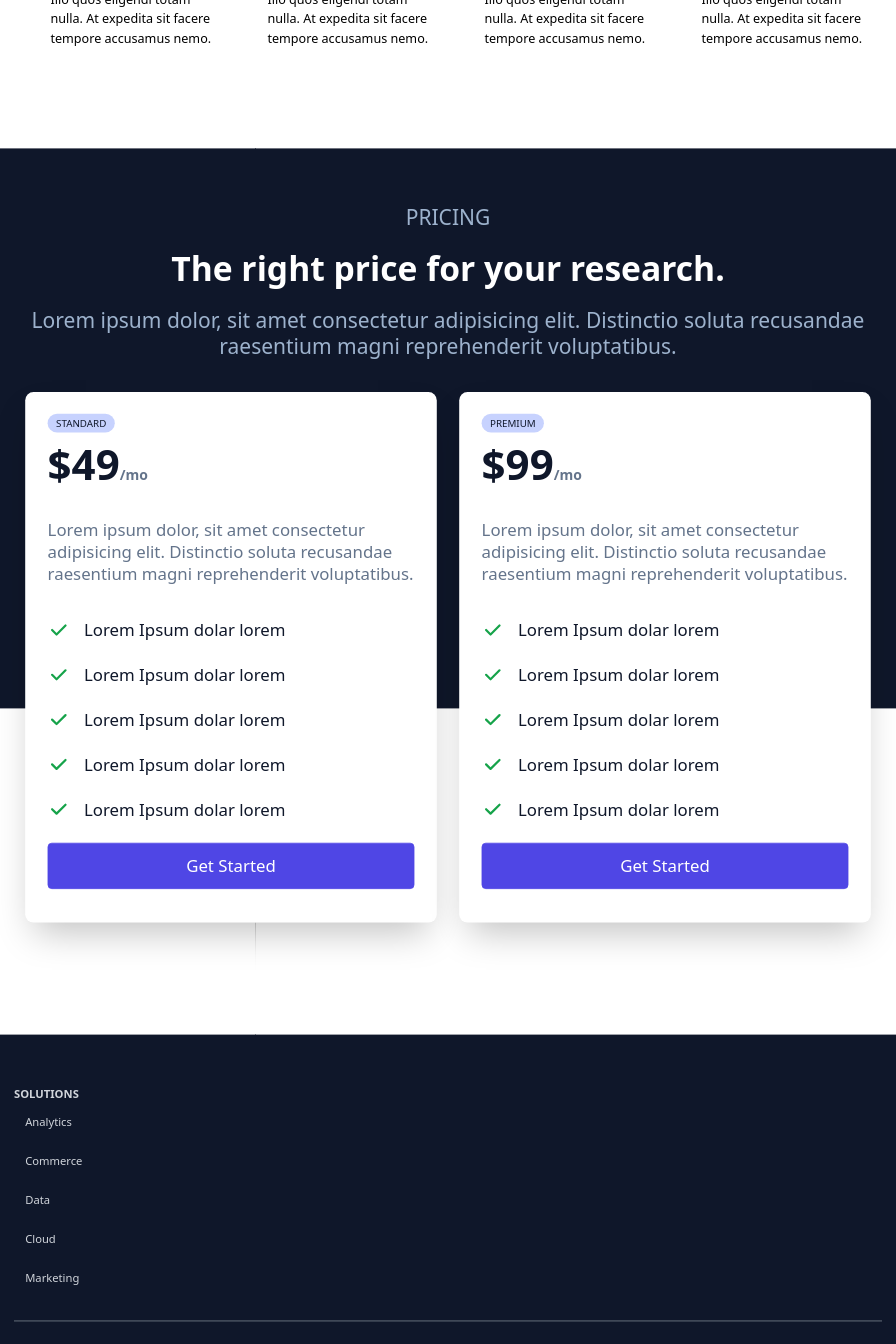
Repository: adrcstro/react-project-2
Page: /
The author's editor kept a copy of each file at every save. The page is drawn from the files as they stood at one save, then again after the next save.
The browser window is 1280 px wide. The pictures show the part of the page from y = 2790 to 4710 px (the page is 4710 px tall before and 4590 px after), at 70% of full size.
The project was rebuilt for these pictures with package versions that can differ from the ones it lists, and the page was loaded fresh each time.

Above is the page before, as saved 2024-08-16 08:22:04.

### src/index.js
import React from 'react';
import ReactDOM from 'react-dom/client';
import './index.css';
import App from './App';

const root = ReactDOM.createRoot(document.getElementById('root'));
root.render(

    <App />

);

### src/index.css
@tailwind base;
@tailwind components;
@tailwind utilities;

@layer base{
    li{
       @apply p-4
    }
    button{
        @apply text-white border bg-indigo-600 border-indigo-600
        hover:bg-transparent hover:text-indigo-600 rounded-md
    }
}

### src/App.js
import About from "./components/About";
import AllinOne from "./components/AllinOne";
import Footer from "./components/Footer";
import Hero from "./components/Hero";
import Navbar from "./components/Navbar";
import Pricing from "./components/Pricing";
import Support from "./components/Support";



function App() {
  return (
    <>
<Navbar/>
<Hero/>
<About />
<Support />
<AllinOne/>
<Pricing />
<Footer />
    </>

  );
}

export default App;

### src/components/About.jsx
import React from 'react'

function About() {
  return (
    <div className='w-full my-32'>
        <div className='max-w-[1240px] mx-auto'>
          <div className='text-center'>
            <h2 className='text-5xl font-bold'>Trusted by developers across the world</h2>
            <p className='text-3xl py6 text-gray-500 px-3'>Trusted by developers across the world, our platform stands as a reliable choice for building robust
             applications. With a global community of skilled professionals.</p>
          </div>

          <div className='grid md:grid-cols-3 gap-3 px-2 text-center mt-4'>
             <div className='border py-8 rounded-xl shadow-xl'>
              <p className='text-6xl font-bold text-indigo-600'>100%</p>
              <p className='text-gray-400 mt-2'>Completion</p>
             </div>
             <div className='border py-8 rounded-xl shadow-xl'>
              <p className='text-6xl font-bold text-indigo-600'>24/7</p>
              <p className='text-gray-400 mt-2'>Delivery</p>
             </div>
             <div className='border py-8 rounded-xl shadow-xl'>
              <p className='text-6xl font-bold text-indigo-600'>100K</p>
              <p  className='text-gray-400 mt-2'>Transaction</p>
             </div>
          </div>
        </div>
    </div>
  )
}

export default About

### src/components/AllinOne.jsx
import React from 'react'
import { CheckIcon } from '@heroicons/react/outline'
function AllinOne() {
  return (
    <div className='w-full my-32'>
        <div className='max-w-[1240px] mx-auto px-2'>
            <h2 className='text-5xl font-bold text-center'>All-In-One Platform</h2>
            <p className='text-3xl py-8 text-gray-500 text-center'>Lorem ipsum, dolor sit amet consectetur adipisicing elit. Illo quos eligendi
            totam nulla. At expedita sit facere tempore accusamus nemo.</p>
        <div className='grid sm:grid-cols-2 lg:grid-cols-4 gap-4 pt-4'>

            <div>
                <div className='flex'>
                <div>
                <CheckIcon className='w-7 mr-4 text-green-600'/>
                </div>
                    <div className=''>
                        <h3 className='font-bold text-lg'>Notification</h3>
                        <p className='text-lg pt-2 pb-4'>Lorem ipsum, dolor sit amet consectetur adipisicing elit. Illo quos eligendi
                        totam nulla. At expedita sit facere tempore accusamus nemo.</p>
                    </div>
                </div>
            </div>
            <div>
                <div className='flex'>
                <div>
                <CheckIcon className='w-7 mr-4 text-green-600'/>
                </div>
                    <div className=''>
                        <h3 className='font-bold text-lg'>Notification</h3>
                        <p className='text-lg pt-2 pb-4'>Lorem ipsum, dolor sit amet consectetur adipisicing elit. Illo quos eligendi
                        totam nulla. At expedita sit facere tempore accusamus nemo.</p>
                    </div>
                </div>
            </div>
            <div>
                <div className='flex'>
                <div>
                <CheckIcon className='w-7 mr-4 text-green-600'/>
                </div>
                    <div className=''>
                        <h3 className='font-bold text-lg'>Notification</h3>
                        <p className='text-lg pt-2 pb-4'>Lorem ipsum, dolor sit amet consectetur adipisicing elit. Illo quos eligendi
                        totam nulla. At expedita sit facere tempore accusamus nemo.</p>
                    </div>
                </div>
            </div>
            <div>
                <div className='flex'>
                <div>
                <CheckIcon className='w-7 mr-4 text-green-600'/>
                </div>
                    <div className=''>
                        <h3 className='font-bold text-lg'>Notification</h3>
                        <p className='text-lg pt-2 pb-4'>Lorem ipsum, dolor sit amet consectetur adipisicing elit. Illo quos eligendi
                        totam nulla. At expedita sit facere tempore accusamus nemo.</p>
                    </div>
                </div>
            </div>
            <div>
                <div className='flex'>
                <div>
                <CheckIcon className='w-7 mr-4 text-green-600'/>
                </div>
                    <div className=''>
                        <h3 className='font-bold text-lg'>Notification</h3>
                        <p className='text-lg pt-2 pb-4'>Lorem ipsum, dolor sit amet consectetur adipisicing elit. Illo quos eligendi
                        totam nulla. At expedita sit facere tempore accusamus nemo.</p>
                    </div>
                </div>
            </div>
            <div>
                <div className='flex'>
                <div>
                <CheckIcon className='w-7 mr-4 text-green-600'/>
                </div>
                    <div className=''>
                        <h3 className='font-bold text-lg'>Notification</h3>
                        <p className='text-lg pt-2 pb-4'>Lorem ipsum, dolor sit amet consectetur adipisicing elit. Illo quos eligendi
                        totam nulla. At expedita sit facere tempore accusamus nemo.</p>
                    </div>
                </div>
            </div>
            <div>
                <div className='flex'>
                <div>
                <CheckIcon className='w-7 mr-4 text-green-600'/>
                </div>
                    <div className=''>
                        <h3 className='font-bold text-lg'>Notification</h3>
                        <p className='text-lg pt-2 pb-4'>Lorem ipsum, dolor sit amet consectetur adipisicing elit. Illo quos eligendi
                        totam nulla. At expedita sit facere tempore accusamus nemo.</p>
                    </div>
                </div>
            </div>
            <div>
                <div className='flex'>
                <div>
                <CheckIcon className='w-7 mr-4 text-green-600'/>
                </div>
                    <div className=''>
                        <h3 className='font-bold text-lg'>Notification</h3>
                        <p className='text-lg pt-2 pb-4'>Lorem ipsum, dolor sit amet consectetur adipisicing elit. Illo quos eligendi
                        totam nulla. At expedita sit facere tempore accusamus nemo.</p>
                    </div>
                </div>
            </div>

        </div>
        </div>
    </div>
  )
}

export default AllinOne

### src/components/Footer.jsx
import React from 'react'

import {
    FaFacebook,
    FaGithub,
    FaInstagram,
    FaTwitter,
    FaTwitch,
} from 'react-icons/fa';


function Footer() {
  return (
    <div className='w-full mt-24 bg-slate-900 text-gray-300 py-8 px-2'>
        <div className='max-w-[1240px] mx-auto grid md:grid-cols-6 border-b-2 border-gray-600 py-8'>
            <div>
                <h6 className='font-bold uppercase pt-2'>Solutions</h6>
                <ul>
                     <li>Analytics</li>
                     <li>Commerce</li>
                     <li>Data</li>
                     <li>Cloud</li>
                     <li>Marketing</li>
                </ul>
            </div>
        </div>
    </div>
  )
}

export default Footer

### src/components/Hero.jsx
import React from 'react'
import {
  CloudUploadIcon,
  DatabaseIcon,
  PaperAirplaneIcon,
  ServerIcon,
} from '@heroicons/react/solid'

import bgImg from '../assets/cyber-bg.png'

function Hero() {
  return (
    <div className='w-full h-screen bg-zinc-200 flex flex-col justify-between'>
<div className='grid md:grid-cols-2 max-w-[1240px] m-auto'>
       <div className='flex flex-col justify-center md:items-start w-full px-2 py-8'>
        <p className='text-2xl'>Unique Sequencing & Production</p>
        <h1 className='py-3 text-5xl md:text-7xl font-bold'>Cloud Management</h1>
        <p className='text-2xl'>This is our Tech brand</p>
        <button className='py-3 px-6 sm:w-[60%] my-4 '>Get Started</button>
       </div>
       <div>
    <img className='w-full' src={bgImg} alt='/' />
       </div>
<div className='absolute flex flex-col py-8 md:min-w-[760px] bottom-[5%] mx-1 md:left-1/2
transform md:-translate-x-1/2 bg-zinc-200 border border-slate-300 rounded-xl text-center shadow-xl'>
  <p>Data Services</p>
  <div className='flex justify-between flex-wrap px-4'>
    <p className='flex px-4 py-2 text-slate-500'><CloudUploadIcon className='h-6 text-indigo-600' /> App Security</p>
    <p className='flex px-4 py-2 text-slate-500'><DatabaseIcon className='h-6 text-indigo-600' /> Dashboard</p>
    <p className='flex px-4 py-2 text-slate-500'><PaperAirplaneIcon className='h-6 text-indigo-600' /> Cloud Data</p>
    <p className='flex px-4 py-2 text-slate-500'><ServerIcon className='h-6 text-indigo-600' /> API</p>
  </div>
</div>
</div>
    </div>
  )
}

export default Hero

### src/components/Navbar.jsx
import React ,{useState} from 'react'
import {MenuIcon, XIcon} from '@heroicons/react/outline'

function Navbar() {

const [nav, setNav] = useState(false)
const handleClick = () => setNav(!nav)



  return (
    <div className='w-screen h-[80px] z-10 bg-zinc-200 fixed drop-shadow-lg'>
    <div className='px-2 flex justify-between items-center  w-full h-full'>
<div className='flex items-center'>
  <h1 className='text-3xl font-bold mr-4 sm:text-4xl'>BRANS.</h1>
  <ul className='hidden  md:flex'>
<li>Home</li>
<li>About</li>
<li>Support</li>
<li>Platforms</li>
<li>Pricing</li>
  </ul>
</div>
<div className='hidden md:flex pr-4'>
  <button className='border-none bg-transparent text-black mr-4'>Sign In</button>
  <button className='px-8 py-3'>Sign Up</button>
</div>

    <div  className='md:hidden mr-4' onClick={handleClick}>
    {!nav ? <MenuIcon className="w-5"/> : <XIcon className='w-5'/>}

    </div>
    </div>
<ul className={!nav ? 'hidden' : 'absolute bg-zinc-200 w-full px-8'}>
<li className='border-b-2 border-zinc-300 w-full'>Home</li>
<li className='border-b-2 border-zinc-300 w-full'>About</li>
<li className='border-b-2 border-zinc-300 w-full'>Support</li>
<li className='border-b-2 border-zinc-300 w-full'>Platforms</li>
<li className='border-b-2 border-zinc-300 w-full'>Pricing</li>
<div className='flex flex-col my-4'>
<button className='bg-transparent  text-indigo-600 px-8 py-3 mb-4'>Sign In</button>
<button className='px-8 py-3'>Sign Up</button>
</div>
</ul>

    </div>

  )
}

export default Navbar

### src/components/Pricing.jsx
import React from 'react'
import { CheckIcon } from '@heroicons/react/solid'
function Pricing() {
  return (
    <div className='w-full text-white my-24'>
        <div className='w-full h-[800px] bg-slate-900 absolute mix-blend-overlay'></div>
        <div className='max-w-[1240px] mx-auto py-12'>
        <div className='text-center py-8 text-slate-300'>
            <h2 className='text-3xl uppercase' >Pricing</h2>
            <h3 className='text-5xl font-bold text-white py-8'>The right price for your
            research.</h3>
            <p className='text-3xl '>Lorem ipsum dolor, sit amet consectetur
             adipisicing elit. Distinctio soluta recusandae
             raesentium magni reprehenderit voluptatibus.</p>
        </div>

       <div className='grid md:grid-cols-2 '>
        <div className='bg-white text-slate-900 m-4 p-8 rounded-xl shadow-2xl relative'>
            <span className='uppercase px-3 py-1 bg-indigo-200 rounded-2xl text-sm'>Standard</span>
            <div>
                <p className='text-6xl font-bold py-4 flex'>$49<span className='text-xl text-slate-500 flex flex-col justify-end'>/mo</span></p>
            </div>
            <p className='text-2xl py-8 text-slate-500'>Lorem ipsum dolor, sit amet consectetur
             adipisicing elit. Distinctio soluta recusandae
             raesentium magni reprehenderit voluptatibus.</p>
             <div className='text-2xl relative'>
                <p className='flex py-4'><CheckIcon className='w-8 mr-5 text-green-600'/> Lorem Ipsum dolar lorem</p>
                <p className='flex py-4'><CheckIcon className='w-8 mr-5 text-green-600'/> Lorem Ipsum dolar lorem</p>
                <p className='flex py-4'><CheckIcon className='w-8 mr-5 text-green-600'/> Lorem Ipsum dolar lorem</p>
                <p className='flex py-4'><CheckIcon className='w-8 mr-5 text-green-600'/> Lorem Ipsum dolar lorem</p>
                <p className='flex py-4'><CheckIcon className='w-8 mr-5 text-green-600'/> Lorem Ipsum dolar lorem</p>
                <button className='w-full py-4 my-4'>Get Started</button>
             </div>
        </div>
        <div className='bg-white text-slate-900 m-4 p-8 rounded-xl shadow-2xl relative'>
            <span className='uppercase px-3 py-1 bg-indigo-200 rounded-2xl text-sm'>Premium</span>
            <div>
                <p className='text-6xl font-bold py-4 flex'>$99<span className='text-xl text-slate-500 flex flex-col justify-end'>/mo</span></p>
            </div>
            <p className='text-2xl py-8 text-slate-500'>Lorem ipsum dolor, sit amet consectetur
             adipisicing elit. Distinctio soluta recusandae
             raesentium magni reprehenderit voluptatibus.</p>
             <div className='text-2xl relative'>
                <p className='flex py-4'><CheckIcon className='w-8 mr-5 text-green-600'/> Lorem Ipsum dolar lorem</p>
                <p className='flex py-4'><CheckIcon className='w-8 mr-5 text-green-600'/> Lorem Ipsum dolar lorem</p>
                <p className='flex py-4'><CheckIcon className='w-8 mr-5 text-green-600'/> Lorem Ipsum dolar lorem</p>
                <p className='flex py-4'><CheckIcon className='w-8 mr-5 text-green-600'/> Lorem Ipsum dolar lorem</p>
                <p className='flex py-4'><CheckIcon className='w-8 mr-5 text-green-600'/> Lorem Ipsum dolar lorem</p>
                <button className='w-full py-4 my-4'>Get Started</button>
             </div>
        </div>
       </div>



        </div>
    </div>
  )
}

export default Pricing

### src/components/Support.jsx
import React from 'react'
import {PhoneIcon, ArrowSmRightIcon} from '@heroicons/react/outline';
import {ChipIcon, SupportIcon} from '@heroicons/react/solid'

import supportImg from '../assets/support.jpg'
function Support() {
  return (
    <div className='w-full  mt-24'>
        <div className='w-full h-[700px] bg-gray-900/90 absolute'>
            <img className='w-full h-full object-cover mix-blend-overlay' src={supportImg} alt='/' />
        </div>
        <div className='w-max-w-[1240px] mx-auto text-white relative'>
            <div className='px-4 py-12'>
                <h2 className='text-3xl pt-8 text-slate-300 uppercase text-center'>Support</h2>
                <h3 className='text-5xl font-bold py-6 text-center'>Finding the right team</h3>
                <p className='py-4 text-3xl text-center text-slate-300 '>With a global community of skilled professionals, we ensure top-notch support and continuous innovation. Join thousands
                 who trust us to elevate their development projects to new heights</p>
            </div>


            <div className='grid grid-cols-1 lg:grid-cols-3 relative gap-x-8 gap-y-16 px-4 pt-12 sm:pt-20 text-black'>
            <div className='bg-white rounded-xl shadow-2xl'>
                 <div className='p-8'>
                    <PhoneIcon className='w-16 p-4 bg-indigo-600 text-white rounded-lg mt-[-4rem]'/>
                    <h3 className='font-bold text-2xl my-6'>Sales</h3>
                    <p className='text-gray-600 text-xl '>With a global community of skilled professionals, we ensure top-notch support and continuous innovation. Join thousands who trust us to elevate their development projects to new heights</p>
                 </div>
                 <div className='bg-slate-100 pl-8 py-4'>
                    <p className='flex items-center text-indigo-600'>Contact Us <ArrowSmRightIcon className='w-5 ml-2'/> </p>
                 </div>
            </div>
            <div className='bg-white rounded-xl shadow-2xl'>
                 <div className='p-8'>
                    <SupportIcon className='w-16 p-4 bg-indigo-600 text-white rounded-lg mt-[-4rem]'/>
                    <h3 className='font-bold text-2xl my-6'>Technical Support</h3>
                    <p className='text-gray-600 text-xl '>With a global community of skilled professionals, we ensure top-notch support and continuous innovation. Join thousands who trust us to elevate their development projects to new heights</p>
                 </div>
                 <div className='bg-slate-100 pl-8 py-4'>
                    <p className='flex items-center text-indigo-600'>Contact Us <ArrowSmRightIcon className='w-5 ml-2'/> </p>
                 </div>
            </div>
            <div className='bg-white rounded-xl shadow-2xl'>
                 <div className='p-8'>
                    <ChipIcon className='w-16 p-4 bg-indigo-600 text-white rounded-lg mt-[-4rem]'/>
                    <h3 className='font-bold text-2xl my-6'>Media Inquiries</h3>
                    <p className='text-gray-600 text-xl '>With a global community of skilled professionals, we ensure top-notch support and continuous innovation. Join thousands who trust us to elevate their development projects to new heights</p>
                 </div>
                 <div className='bg-slate-100 pl-8 py-4'>
                    <p className='flex items-center text-indigo-600'>Contact Us <ArrowSmRightIcon className='w-5 ml-2'/> </p>
                 </div>
            </div>
        </div>
    </div>
    </div>
  )
}

export default Support

Loaded but not shown: public/index.html (common file); tailwind.config.js (common file)

After the next save:
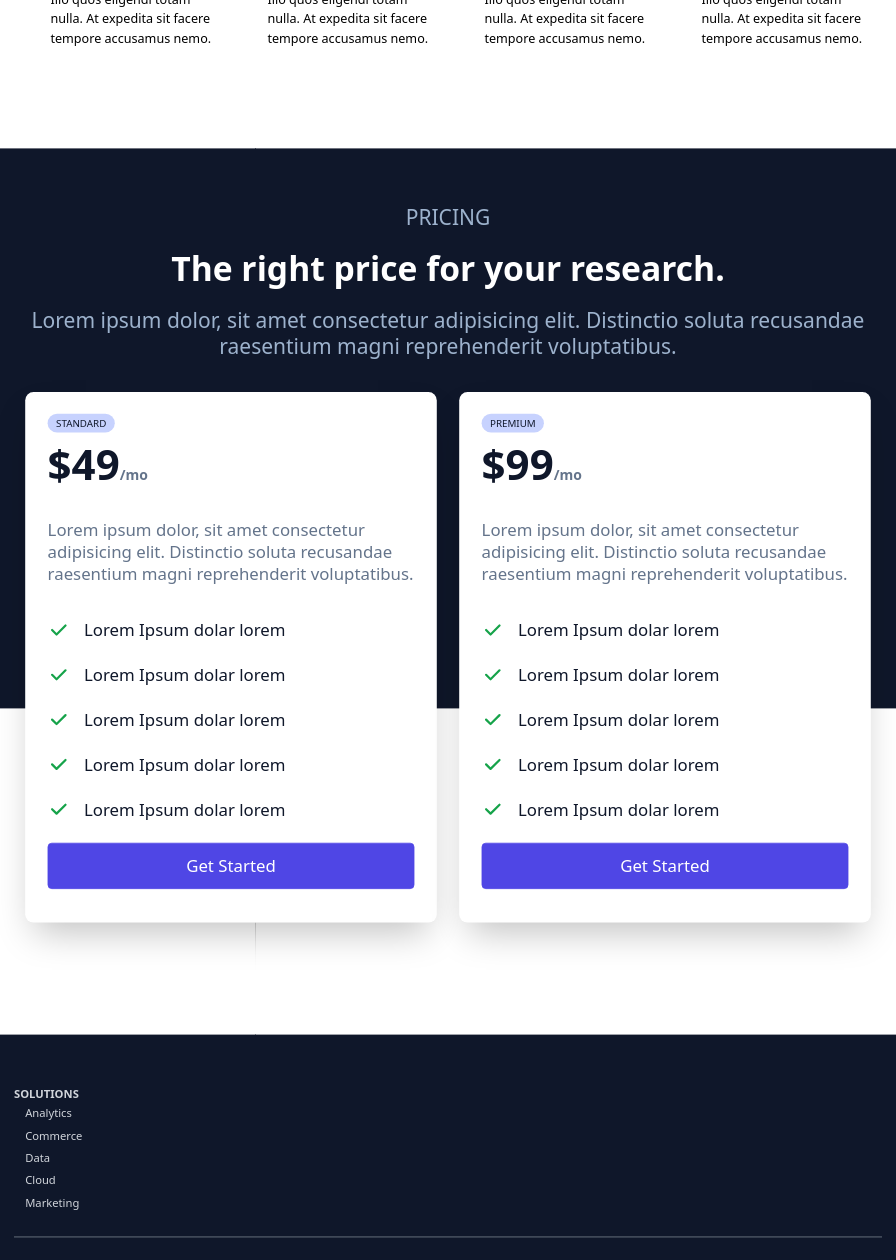
Saved 16 s later.
--- a/src/components/Footer.jsx
+++ b/src/components/Footer.jsx
@@ -16,11 +16,11 @@ function Footer() {
             <div>
                 <h6 className='font-bold uppercase pt-2'>Solutions</h6>
                 <ul>
-                     <li>Analytics</li>
-                     <li>Commerce</li>
-                     <li>Data</li>
-                     <li>Cloud</li>
-                     <li>Marketing</li>
+                     <li className='py-1'>Analytics</li>
+                     <li className='py-1'>Commerce</li>
+                     <li className='py-1'>Data</li>
+                     <li className='py-1'>Cloud</li>
+                     <li className='py-1'>Marketing</li>
                 </ul>
             </div>
         </div>
